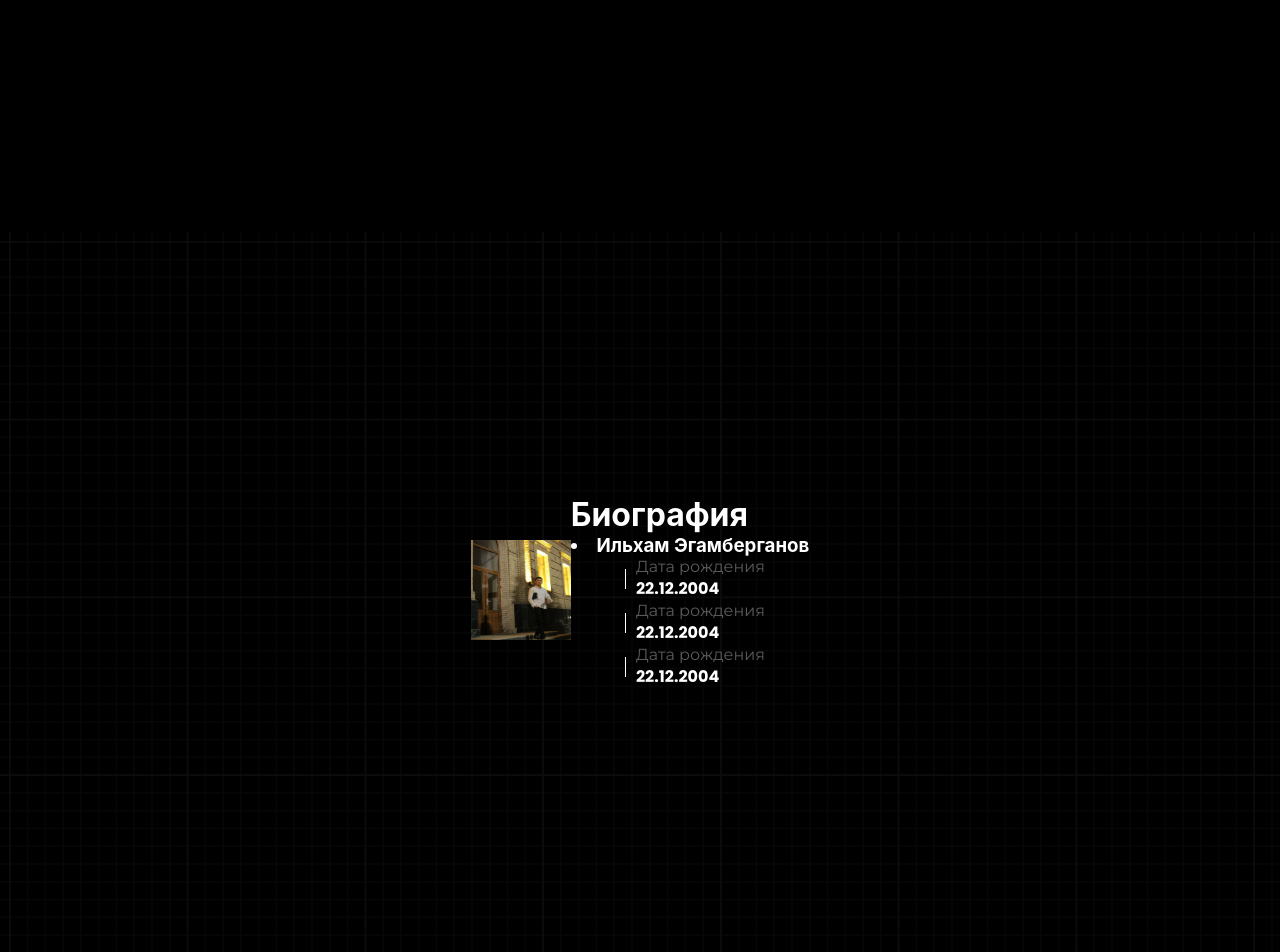
Repository: sardorexe/xishnik
Page: /
An editor plug-in stored every save of this project. The page is shown before and after a run of saves, followed by the edit.
The browser window is 1280 px wide. The pictures show the part of the page from y = 488 to 1440 px (the page is 1440 px tall).
Pictures or frames that could not be fetched are drawn as grey boxes. Some icons come from a web library that is not loaded, so they are not drawn. Some web libraries are served in a nearby version. The project was rebuilt for these pictures with package versions that can differ from the ones it lists, and the page was loaded fresh each time. Some packages were replaced by stand-ins written for this rebuild. The framework's server and built-in components were replaced by stand-ins that run in the browser. Also part of the build but not shown: next.config.js.

Above is the page before, as saved 2021-09-27 15:35:36.

After the next 2 saves:
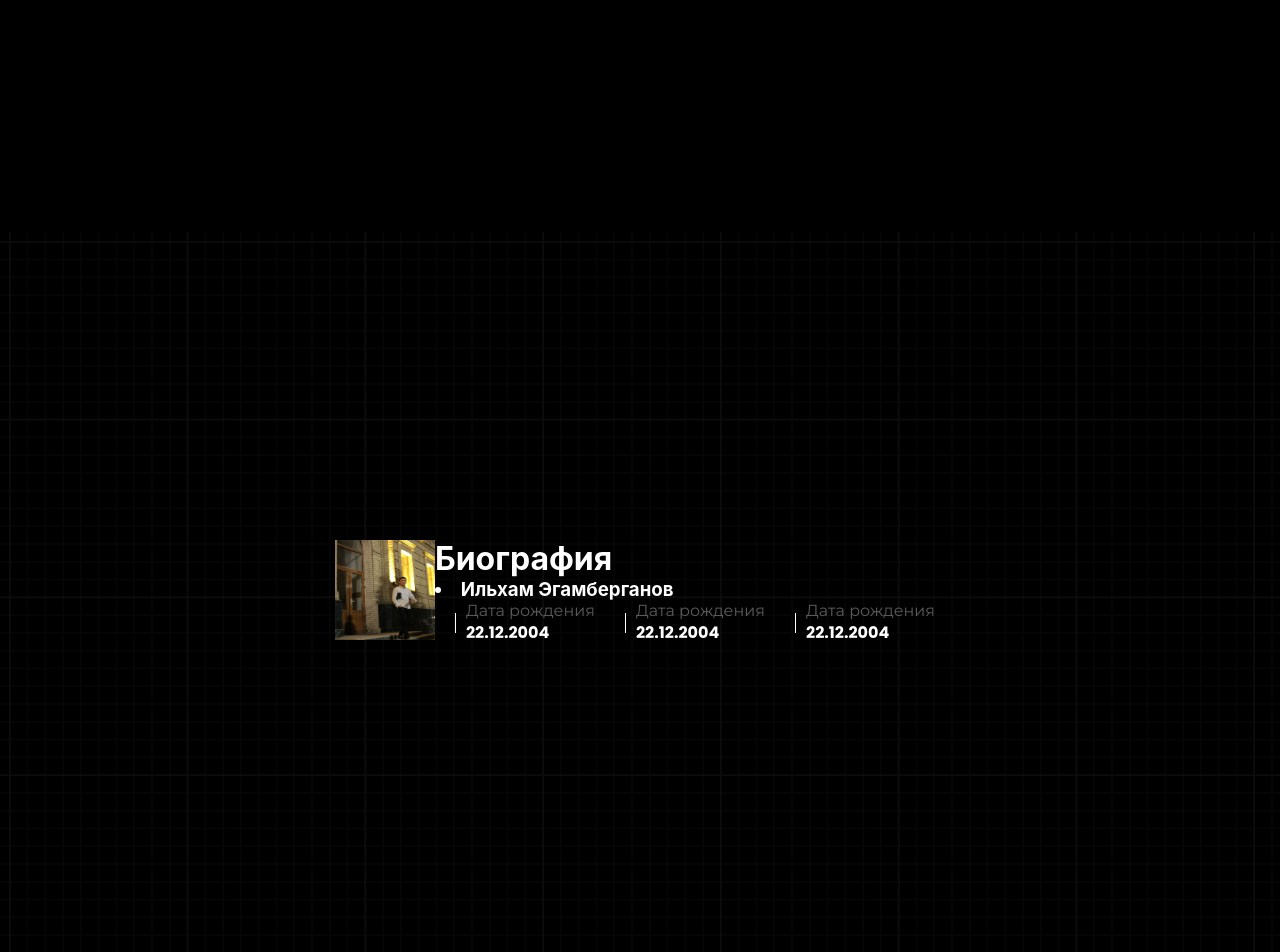
The 2 saves are shown as one change because they came seconds apart.
The last was saved 24 s later.
--- a/styles/Biography.module.css
+++ b/styles/Biography.module.css
@@ -9,3 +9,9 @@
     align-items: center;
     color: #fff;
 }
+
+.about {
+    display: flex;
+    flex-direction: row;
+    align-items: center;
+}
